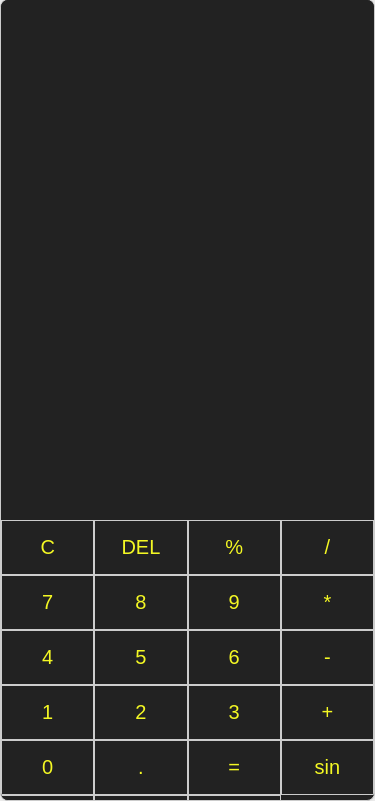
Repository: JuliusMonday/myCalculator
Page: index.html
An editor plug-in stored every save of this project. The page is shown before and after a run of saves, followed by the edit.
The browser window is 375 px wide. The pictures show the whole page.

Above is the page before, as saved 2024-05-31 08:57:35.

### index.html
<!DOCTYPE html>
<html lang="en">
<head>
    <meta charset="UTF-8">
    <meta name="viewport" content="width=device-width, initial-scale=1.0">
    <title>JuliusCalc - Scientific Calculator</title>
    <link rel="stylesheet" href="styles.css">
</head>
<body>
    <div class="calculator">
        <div class="display">
            <input type="text" id="result" disabled>
        </div>
        <div class="buttons">
            <button onclick="clearDisplay()">C</button>
            <button onclick="deleteChar()">DEL</button>
            <button onclick="appendChar('%')">%</button>
            <button onclick="appendChar('/')">/</button>

            <button onclick="appendChar('7')">7</button>
            <button onclick="appendChar('8')">8</button>
            <button onclick="appendChar('9')">9</button>
            <button onclick="appendChar('*')">*</button>

            <button onclick="appendChar('4')">4</button>
            <button onclick="appendChar('5')">5</button>
            <button onclick="appendChar('6')">6</button>
            <button onclick="appendChar('-')">-</button>

            <button onclick="appendChar('1')">1</button>
            <button onclick="appendChar('2')">2</button>
            <button onclick="appendChar('3')">3</button>
            <button onclick="appendChar('+')">+</button>

            <button onclick="appendChar('0')">0</button>
            <button onclick="appendChar('.')">.</button>
            <button onclick="calculate()">=</button>

            <button onclick="appendChar('Math.sin(')">sin</button>
            <button onclick="appendChar('Math.cos(')">cos</button>
            <button onclick="appendChar('Math.log(')">log</button>
            <button onclick="appendChar('Math.sqrt(')">√</button>
        </div>
        <marquee><p><b>JuliusCalc||</b> <em>Created by Julius</em></p></marquee>
    </div>
    <script src="index.js"></script>
</body>
</html>

### styles.css
body {
    display: flex;
    justify-content: center;
    align-items: center;
    height: 100vh;
    background-color: #f0f0f0;
    font-family: 'Arial', sans-serif;
    margin: 0;
}

.calculator {
    width: 300px;
    border: 1px solid #ccc;
    border-radius: 8px;
    overflow: hidden;
    box-shadow: 0 0 10px rgba(0, 0, 0, 0.1);
    background-color: #ffffff;
}

.display {
    background-color: #222;
    color: #fff;
    padding: 0;
    font-size: 24px;
    position: relative;
    height: 60px;
    display: flex;
    align-items: flex-end;
    padding-right: 10px;
}

.display input {
    width: 100%;
    border: none;
    background: none;
    color: #fff;
    text-align: right;
    font-size: 24px;
    padding: 0;
    box-sizing: border-box;
    line-height: 60px;
    height: 60px;
}

.buttons {
    display: grid;
    grid-template-columns: repeat(4, 1fr);
}

button {
    padding: 20px;
    font-size: 18px;
    border: 1px solid #ccc;
    background-color: #fff;
    cursor: pointer;
    transition: background-color 0.2s;
}

button:hover {
    background-color: #f0f0f0;
}

button:active {
    background-color: #ddd;
}

/* Responsive Design */
@media (max-width: 600px) {
    .calculator {
        width: 100%;
        height: 100%;
        border-radius: 5;
        background-color:#222;
    }
    .display {
        padding: 10px;
        font-size: 20px;
        height: 500px;
        /* margin-bottom: 100px; */
    }
    button {
        padding: 15px;
        font-size: 20px;
        background-color:#222;
        color: #f4f824
    }
    body{

    }
}

### index.js
// script.js

function appendChar(char) {
    document.getElementById('result').value += char;
}

function clearDisplay() {
    document.getElementById('result').value = '';
}

function deleteChar() {
    let currentDisplay = document.getElementById('result').value;
    document.getElementById('result').value = currentDisplay.slice(0, -1);
}

function calculate() {
    try {
        let expression = document.getElementById('result').value;

        // Automatically close any opened parentheses
        let openParenthesisCount = (expression.match(/\(/g) || []).length;
        let closeParenthesisCount = (expression.match(/\)/g) || []).length;
        let missingCloseParenthesis = openParenthesisCount - closeParenthesisCount;

        for (let i = 0; i < missingCloseParenthesis; i++) {
            expression += ')';
        }

        let result = eval(expression);
        document.getElementById('result').value = result;
    } catch (error) {
        document.getElementById('result').value = 'Error';
    }
}

After the next 5 saves:
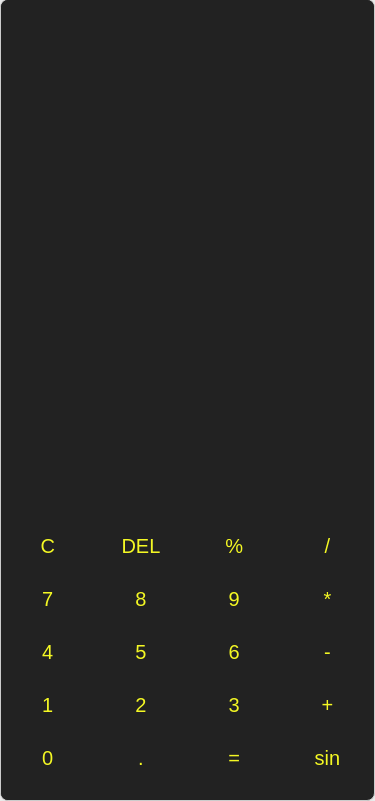
The 5 saves are shown as one change because they came seconds apart.
The last was saved 26 s later.
--- a/styles.css
+++ b/styles.css
@@ -82,7 +82,8 @@ button:active {
         padding: 15px;
         font-size: 20px;
         background-color:#222;
-        color: #f4f824
+        color: #f4f824;
+        border: none;
     }
     body{
 
